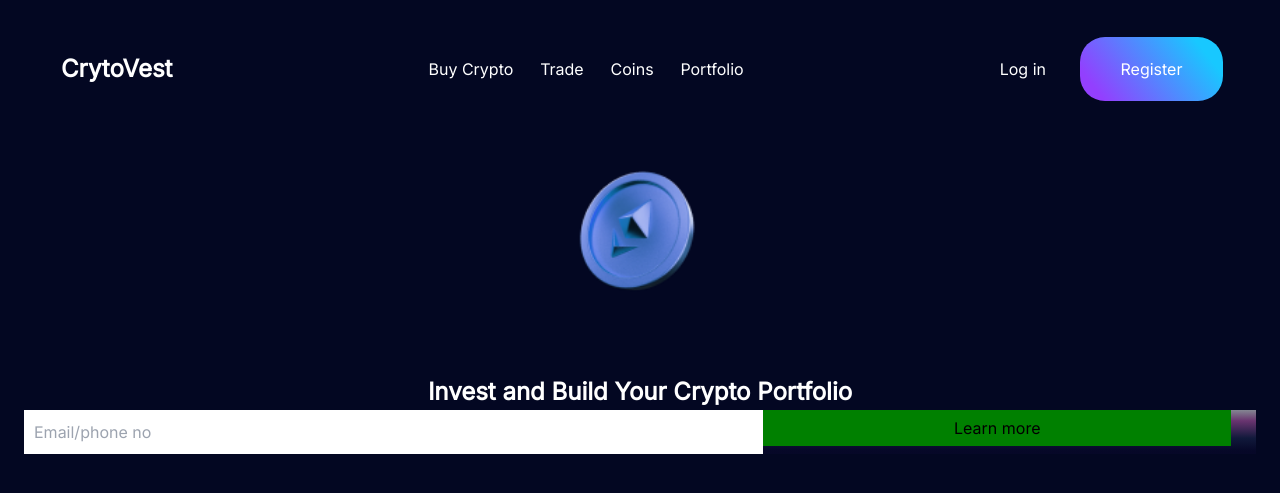
Repository: Eugene44-hub/cryptovest
Page: /
The author's editor kept a copy of each file at every save. The page is drawn from the files as they stood at one save, then again after the next save.
The browser window is 1280 px wide. The pictures show the whole page.
The project was rebuilt for these pictures with package versions that can differ from the ones it lists, and the page was loaded fresh each time. Also part of the build but not shown: vite.config.ts.

Above is the page before, as saved 2022-07-15 17:54:03.

After the next save:
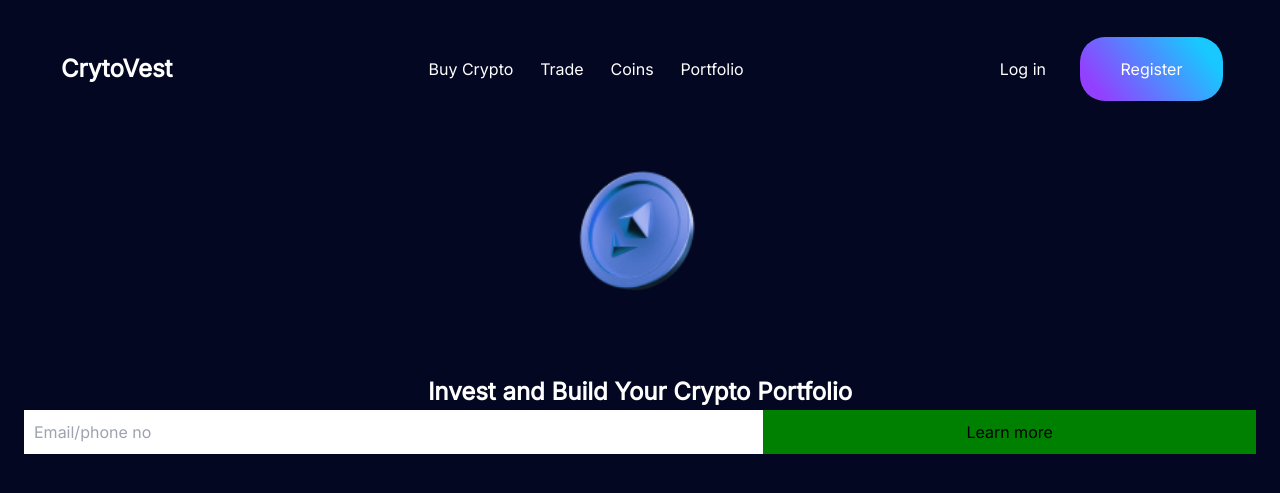
Saved 23 s later.
--- a/src/components/hero/Hero.tsx
+++ b/src/components/hero/Hero.tsx
@@ -18,7 +18,7 @@
           <div className=' flex rounded-[25px]  '>
           <input  type="text" className='p-[10px] w-[60%]' placeholder='Email/phone no' />
           <div className={`${styles.btnContainer} flex-1`}>
-          <button className={`bg-[green] w-[95%] h-[80%] ${styles.inputBtn}`}>
+          <button className={`bg-[green] w-full h-full ${styles.inputBtn}`}>
   Learn more
 </button>
           </div>
